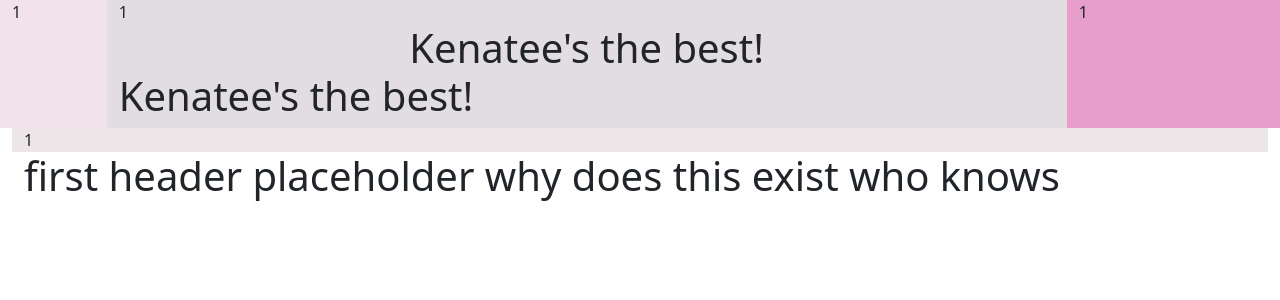
Repository: Treestr/classroom-assistant
Page: templates/homepage.html
These files come from the project's save history. The page is drawn as it stood at one moment and after the next save; the edit follows.
The browser window is 1280 px wide. The pictures show the whole page.
The template is drawn by Flask 3. The application's start-up code is not run. The template is opened directly, without the code that normally fills it, so the values that code supplies are empty.

Above is the page before, as saved 2024-04-21 19:45:14.

After the next save:
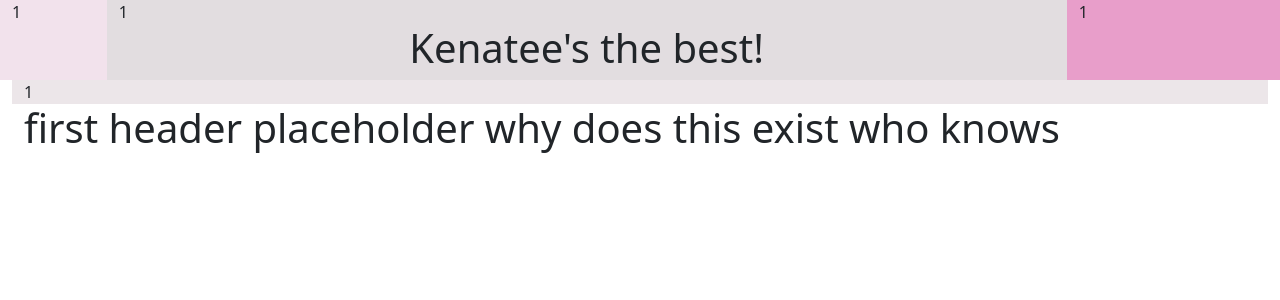
Saved 14 s later.
--- a/templates/homepage.html
+++ b/templates/homepage.html
@@ -16,7 +16,7 @@
       <div class="row">
         <div class="col-1" style="background-color: rgb(242, 226, 236)">1</div>
           <div class="col-9" style="background-color: rgb(226, 221, 224)">1
-          <h1><center>Kenatee's the best! </center>Kenatee's the best!</h1>
+          <h1><center>Kenatee's the best! </center</h1>
         </div>
 
 
